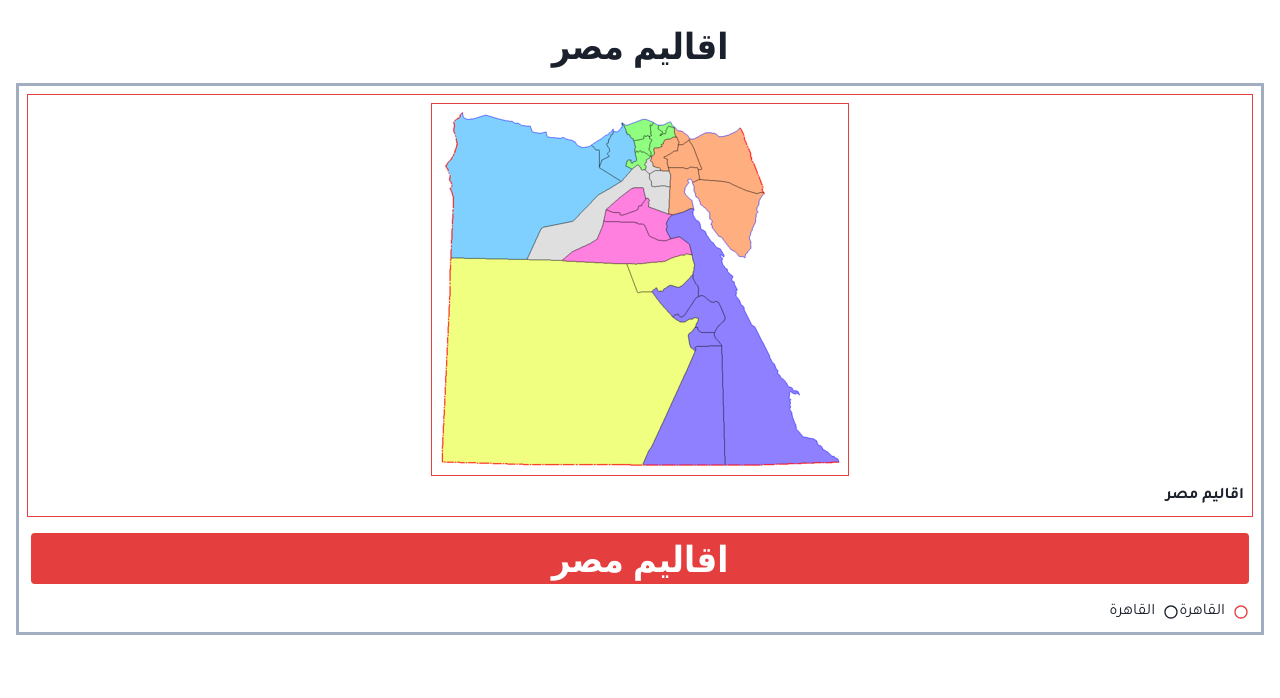
Repository: ahmed-mohamed-eng/egypt-gov-map
Page: /
These files come from the project's save history. The page is drawn as it stood at one moment and after the next save; the edit follows.
The browser window is 1280 px wide. The pictures show the whole page.
Some web fonts or font styles are not loaded; a fallback is used. The project was rebuilt for these pictures with package versions that can differ from the ones it lists, and the page was loaded fresh each time. The framework's server and built-in components were replaced by stand-ins that run in the browser. Also part of the build but not shown: next.config.js.

Above is the page before, as saved 2022-05-28 17:03:15.

### pages/_app.tsx
import "../styles/globals.css";

import type { AppProps } from "next/app";

import { ChakraProvider, extendTheme } from "@chakra-ui/react";

const theme = extendTheme({
  fonts: {
    heading: `"Aref Ruqaa" ,'Segoe UI', Tahoma, Geneva, Verdana, sans-serif`,
  }
});

function MyApp({ Component, pageProps }: AppProps) {
  return (
    <ChakraProvider theme={theme}>
      <Component {...pageProps} />
    </ChakraProvider>
  );
}

export default MyApp;

### pages/_document.tsx
import Document, {
  Html,
  Head,
  Main,
  NextScript,
  DocumentContext,
} from "next/document";

class MyDocument extends Document {
  static async getInitialProps(ctx: DocumentContext) {
    const initialProps = await Document.getInitialProps(ctx);
    return { ...initialProps };
  }

  render() {
    return (
      <Html dir="rtl" lang="ar">
        <Head />
        <body>
          <Main />
          <NextScript />
        </body>
      </Html>
    );
  }
}

export default MyDocument;

### pages/index.tsx
import type { NextPage } from "next";

// Custom Components
import Header from "../components/Header";
import PageContainer from "../components/PageContainer";
import MainContentArea from "../components/MainContentArea";

const Home: NextPage = () => {
  return (
    <PageContainer>
      <Header headerTitle="اقاليم مصر" />
      <MainContentArea />
    </PageContainer>
  );
};

export default Home;

### styles/globals.css
@import url("https://fonts.googleapis.com/css2?family=Amiri:ital,wght@0,700;1,400;1,700&family=Aref+Ruqaa:wght@400;700&family=Tajawal:wght@300;400;500;700;800;900&display=swap");

@tailwind base;
@tailwind components;
@tailwind utilities;

html,
body {
  padding: 0;
  margin: 0;
  font-family: -apple-system, BlinkMacSystemFont, Segoe UI, Roboto, Oxygen,
    Ubuntu, Cantarell, Fira Sans, Droid Sans, Helvetica Neue, sans-serif;
}

a {
  color: inherit;
  text-decoration: none;
}

* {
  box-sizing: border-box;
  font-family: "Tajawal", "Aref Ruqaa", "Segoe UI", Tahoma, Geneva, Verdana,
    sans-serif;
}

### components/Header/index.tsx
export { Header as default } from "./Header";

### components/PageContainer/index.tsx
export { PageContainer as default } from "./PageContainer";

### components/MainContentArea/index.tsx
export { MainContentArea as default } from "./MainContentArea";

### components/Header/Header.tsx
import { Flex, Heading } from "@chakra-ui/react";

export interface HeaderProps {
  headerTitle: string;
}

export const Header = (props: HeaderProps) => {
  return (
    <Flex
      as="header"
      justifyContent="center"
      alignItems="center"
      fontSize="1.5rem"
      fontFamily="arabic"
    >
      <Heading as="h1">{props.headerTitle}</Heading>
    </Flex>
  );
};

### components/PageContainer/PageContainer.tsx
import { VStack } from "@chakra-ui/react"

export const PageContainer = (props: any) => {
  return (
    <VStack py="1.5rem" px="1rem" spacing="1rem">
        {props.children}
    </VStack>
  )
}

### components/MainContentArea/MainContentArea.tsx
import { VStack } from "@chakra-ui/react";

// Custom Components.
import MapArea from "./MapArea";
import QuickNavigationArea from "./QuickNavigationArea";

export const MainContentArea = () => {
  return (
    <VStack
      as="main"
      w="full"
      p="0.5rem"
      spacing="1rem"
      borderWidth="medium"
      borderColor="gray.400"
    >
      <MapArea />
      <QuickNavigationArea />
    </VStack>
  );
};

### components/MainContentArea/MapArea/index.tsx
export { MapArea as default } from "./MapArea";

### components/MainContentArea/QuickNavigationArea/index.tsx
export { QuickNavigationArea as default } from "./QuickNavigationArea";

### components/MainContentArea/MapArea/MapArea.tsx
import { VStack } from "@chakra-ui/react";

// Custom Components.
import MapImage from "./MapImage";
import MapInfoDisplayedLinks from "./MapInfoDisplayedLinks";

export const MapArea = () => {
  return (
    <VStack
      borderWidth="thin"
      borderColor="red.500"
      p="0.5rem"
      w="full"
      spacing="0.5rem"
    >
      <MapImage />
      <MapInfoDisplayedLinks
        breadcrumbItems={[
          {
            text: "اقاليم مصر",
            url: "#",
          },
        ]}
      />
    </VStack>
  );
};

### components/MainContentArea/QuickNavigationArea/QuickNavigationArea.tsx
import { VStack, Heading } from "@chakra-ui/react";
import CitiesList from "./CitiesList";

export const QuickNavigationArea = () => {
  return (
    <VStack w="full" spacing="1rem" px="0.25rem">
      <Heading
        w="full"
        h="fit-content"
        borderRadius="0.25rem"
        color="white"
        bg="red.500"
        p="0.25rem"
        textAlign="center"
      >
        اقاليم مصر
      </Heading>
      <CitiesList
        list={[
          {
            headerTitle: "القاهرة",
            childItems: [
              {
                name: "القاهرة",
                url: "https://www.google.com/",
              },
            ],
          },
        ]}
      />
    </VStack>
  );
};

### components/MainContentArea/MapArea/MapImage/index.tsx
export { MapImage as default } from "./MapImage";

### components/MainContentArea/MapArea/MapInfoDisplayedLinks/index.tsx
export { MapInfoDisplayedLinks as default } from "./MapInfoDisplayedLinks";

### components/MainContentArea/QuickNavigationArea/CitiesList/index.tsx
export { CitiesList as default } from "./CitiesList";

### components/MainContentArea/MapArea/MapImage/MapImage.tsx
import React from "react";

import { Flex, Image } from "@chakra-ui/react";

// Images Sources.
import mapImage from "../../../../images/Egypt_Provinces.webp";

export const MapImage = () => {
  return (
    <Flex borderWidth="thin" borderColor="red.500" p="0.5rem">
      <Image mixBlendMode="multiply" src={mapImage.src} alt="Egypt Province Map" />
    </Flex>
  );
};

### components/MainContentArea/MapArea/MapInfoDisplayedLinks/MapInfoDisplayedLinks.tsx
import { v4 as uuidV4 } from "uuid";

import { Breadcrumb, BreadcrumbItem, BreadcrumbLink } from "@chakra-ui/react";

export type BreadcrumbElement = {
  url: string;
  text: string;
};

export interface MapInfoDisplayedLinksProps {
  breadcrumbItems: Array<BreadcrumbElement>;
}

export const MapInfoDisplayedLinks = (props: MapInfoDisplayedLinksProps) => {
  const breadcrumbItems = props.breadcrumbItems.map((item) => {
    return (
      <BreadcrumbItem key={uuidV4()}>
        <BreadcrumbLink fontWeight="600" href={item.url}>
          {item.text}
        </BreadcrumbLink>
      </BreadcrumbItem>
    );
  });

  return <Breadcrumb w="full">{breadcrumbItems}</Breadcrumb>;
};

### components/MainContentArea/QuickNavigationArea/CitiesList/CitiesList.tsx
import { v4 as uuidV4 } from "uuid";

import { List, ListItem, ListIcon } from "@chakra-ui/react";

import { BiCircle } from "react-icons/bi";

export type childItem = {
  name: string;
  url: string;
};

export type parentItem = {
  headerTitle: string;
  childItems: Array<childItem>;
};

export interface CitiesListProps {
  list: Array<parentItem>;
}

export const CitiesList = (props: CitiesListProps) => {
  const items = props.list.map((item) => {
    return (
      <List key={uuidV4()}>
        <ListItem>
          <ListIcon as={BiCircle} color="red.500" />
          {item.headerTitle}
          {item.childItems.map((childItem) => {
            return (
              // <List key={uuidV4()}>
              <ListItem key={uuidV4()} as="a" href={childItem.url}>
                <ListIcon as={BiCircle} />
                {childItem.name}
              </ListItem>
              // </List>
            );
          })}
        </ListItem>
      </List>
    );
  });
  return <List w="full">{items}</List>;
};

Loaded but not shown: tailwind.config.js (common file)

After the next save:
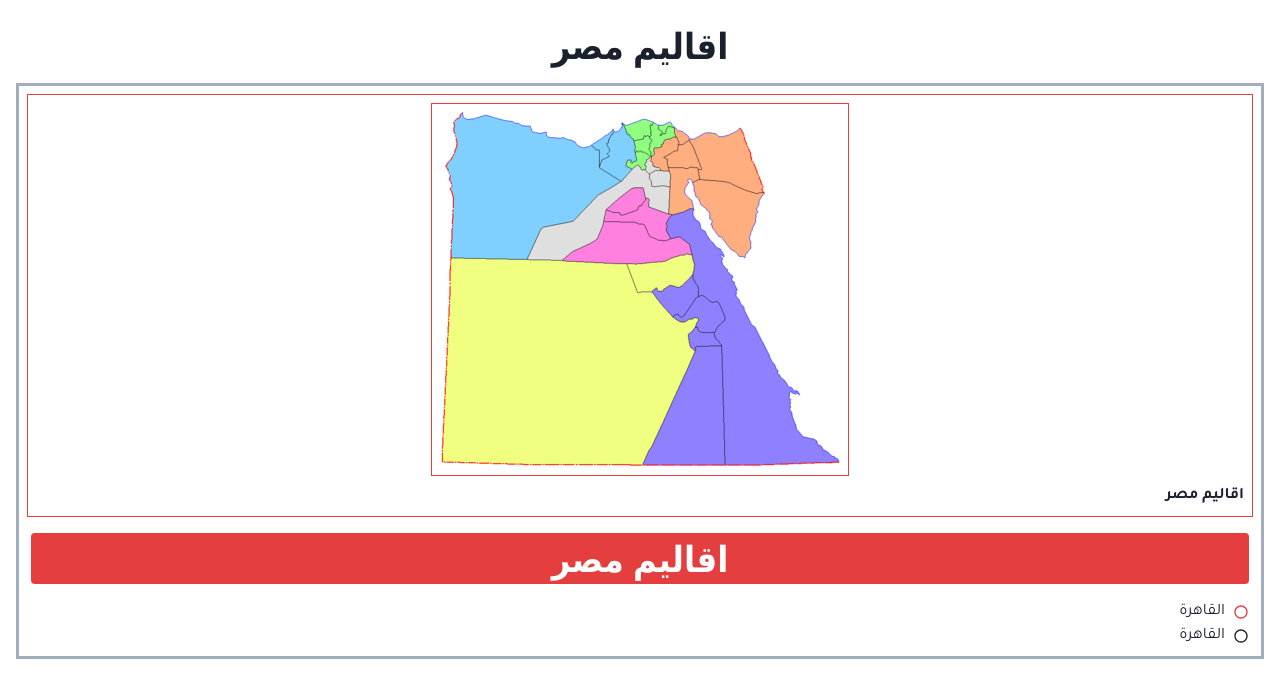
Saved 20 s later.
--- a/components/MainContentArea/QuickNavigationArea/CitiesList/CitiesList.tsx
+++ b/components/MainContentArea/QuickNavigationArea/CitiesList/CitiesList.tsx
@@ -25,17 +25,17 @@ export const CitiesList = (props: CitiesListProps) => {
         <ListItem>
           <ListIcon as={BiCircle} color="red.500" />
           {item.headerTitle}
-          {item.childItems.map((childItem) => {
-            return (
-              // <List key={uuidV4()}>
-              <ListItem key={uuidV4()} as="a" href={childItem.url}>
+        </ListItem>
+        {item.childItems.map((childItem) => {
+          return (
+            <List key={uuidV4()}>
+              <ListItem as="a" href={childItem.url}>
                 <ListIcon as={BiCircle} />
                 {childItem.name}
               </ListItem>
-              // </List>
-            );
-          })}
-        </ListItem>
+            </List>
+          );
+        })}
       </List>
     );
   });
